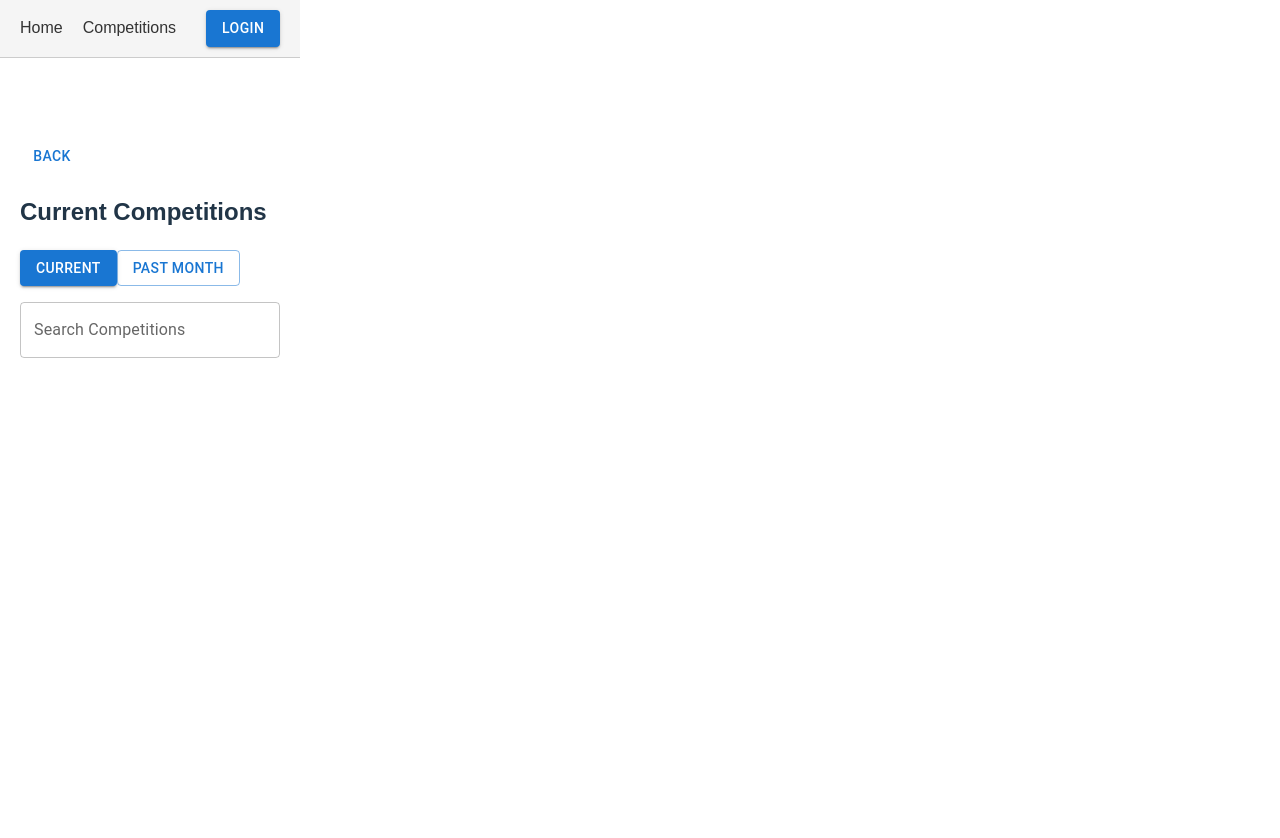
Repository: BWei22/wecube
Page: /competitions
These files come from the project's save history. The page is drawn as it stood at one moment and after the next save; the edit follows.
The browser window is 1280 px wide. The pictures show the whole page.
The page's requests for data from a server got no answer. The project was rebuilt for these pictures with package versions that can differ from the ones it lists, and the page was loaded fresh each time. No one was signed in, and anything a server would have sent is missing. Also part of the build but not shown: vite.config.js, src/pages/Home.css, src/pages/Home.jsx, src/pages/Listings.css, src/pages/Listings.jsx, src/pages/CreateListing.jsx, src/pages/ListingDetails.css, src/pages/ListingDetails.jsx and 11 more.

Above is the page before, as saved 2024-08-02 01:33:08.

### index.html
<!doctype html>
<html lang="en">
  <head>
    <meta charset="UTF-8" />
    <link rel="icon" type="image/svg+xml" href="/vite.svg" />
    <meta name="viewport" content="width=device-width, initial-scale=1.0" />
    <title>WeCube</title>
  </head>
  <body>
    <div id="root"></div>
    <script type="module" src="/src/main.jsx"></script>
  </body>
</html>

### src/App.jsx
import React from 'react';
import { BrowserRouter as Router, Routes, Route } from 'react-router-dom';
import Home from './pages/Home';
import Competitions from './pages/Competitions';
import Listings from './pages/Listings';
import CreateListing from './pages/CreateListing';
import ListingDetails from './pages/ListingDetails';
import InterestedBuyers from './pages/InterestedBuyers';
import Notifications from './pages/Notifications';
import AuthComponent from './components/AuthComponent';
import PrivateRoute from './components/PrivateRoute';
import NavBar from './components/NavBar';
import { ProvideAuth } from './hooks/useAuth';
import Message from './pages/Message';
import Conversations from './pages/Conversations';
import Profile from './pages/Profile';
import './App.css'; // Import the global CSS

const App = () => {
  return (
    <ProvideAuth>
      <Router>
        <NavBar />
        <div className="main-container">
          <Routes>
            <Route path="/" element={<Home />} />
            <Route path="/competitions" element={<Competitions />} />
            <Route path="/listings/:competitionId" element={<Listings />} />
            <Route path="/create-listing/:competitionId" element={<PrivateRoute><CreateListing /></PrivateRoute>} />
            <Route path="/listing/:listingId" element={<ListingDetails />} />
            <Route path="/interested-buyers/:listingId" element={<PrivateRoute><InterestedBuyers /></PrivateRoute>} />
            <Route path="/notifications" element={<PrivateRoute><Notifications /></PrivateRoute>} />
            <Route path="/auth" element={<AuthComponent />} />
            <Route path="/messages/:listingId" element={<PrivateRoute><Message /></PrivateRoute>} />
            <Route path="/conversations" element={<PrivateRoute><Conversations /></PrivateRoute>} />
            <Route path="/profile" element={<PrivateRoute><Profile /></PrivateRoute>} />
          </Routes>
        </div>
      </Router>
    </ProvideAuth>
  );
};

export default App;

### src/pages/Competitions.jsx
import React, { useEffect, useState } from "react";
import { useNavigate } from "react-router-dom";
import Flag from "react-world-flags";
import TextField from "@mui/material/TextField";
import Button from '@mui/material/Button';
import "./Competitions.css"; // Import the CSS file for styling

const Competitions = () => {
  const [competitions, setCompetitions] = useState([]);
  const [searchQuery, setSearchQuery] = useState("");
  const [view, setView] = useState("current"); // 'current' or 'past'
  const navigate = useNavigate();

  useEffect(() => {
    fetch('https://raw.githubusercontent.com/robiningelbrecht/wca-rest-api/master/api/competitions-page-1.json')
      .then(response => response.json())
      .then(data => {
        setCompetitions(data.items);
      })
      .catch(error => console.error('Error fetching competitions:', error));
  }, []);

  const handleCompetitionClick = (competitionId) => {
    navigate(`/listings/${competitionId}`);
  };

  const handleSearchChange = (event) => {
    setSearchQuery(event.target.value);
  };

  const currentDate = new Date();
  const pastMonthDate = new Date();
  pastMonthDate.setMonth(currentDate.getMonth() - 1);

  const filteredCompetitions = competitions.filter(comp => {
    const competitionEndDate = new Date(comp.date.till);
    const competitionStartDate = new Date(comp.date.from);
    const isUpcoming = competitionStartDate >= currentDate;
    const isRightNow = competitionStartDate <= currentDate && competitionEndDate >= currentDate;
    const isPastMonth = competitionEndDate < currentDate && competitionEndDate >= pastMonthDate;

    if (view === "current") {
      return (isUpcoming || isRightNow) && (
        comp.name.toLowerCase().includes(searchQuery.toLowerCase()) ||
        comp.city.toLowerCase().includes(searchQuery.toLowerCase())
      );
    } else if (view === "past") {
      return isPastMonth && (
        comp.name.toLowerCase().includes(searchQuery.toLowerCase()) ||
        comp.city.toLowerCase().includes(searchQuery.toLowerCase())
      );
    }

    return false;
  });

  const sortedCompetitions = filteredCompetitions.sort((a, b) => {
    if (view === "past") {
      return new Date(b.date.till) - new Date(a.date.till);
    } else {
      return new Date(a.date.from) - new Date(b.date.from);
    }
  });

  const handleGoBack = () => {
    navigate("/");
  };

  const formatDateRange = (from, till) => {
    const fromDate = new Date(from);
    const tillDate = new Date(till);
    const options = { year: 'numeric', month: 'short', day: 'numeric' };

    if (fromDate.toDateString() === tillDate.toDateString()) {
      return fromDate.toLocaleDateString(undefined, options);
    } else {
      return `${fromDate.toLocaleDateString(undefined, options)} - ${tillDate.toLocaleDateString(undefined, options)}`;
    }
  };

  return (
    <div className="competitions">
      <Button onClick={handleGoBack}>Back</Button>
      <h2>{view === "current" ? "Current Competitions" : "Past Month Competitions"}</h2>
      <div className="view-toggle">
        <Button
          variant={view === "current" ? "contained" : "outlined"}
          onClick={() => setView("current")}
        >
          Current
        </Button>
        <Button
          variant={view === "past" ? "contained" : "outlined"}
          onClick={() => setView("past")}
        >
          Past Month
        </Button>
      </div>
      <TextField
        label="Search Competitions"
        variant="outlined"
        fullWidth
        margin="normal"
        value={searchQuery}
        onChange={handleSearchChange}
      />
      <ul className="competitions-list">
        {sortedCompetitions.map(comp => (
          <li key={comp.id} className="competition-item" onClick={() => handleCompetitionClick(comp.id)}>
            <div className="competition-flag">
              <Flag code={comp.country} height="24" />
            </div>
            <div className="competition-details">
              <span className="competition-name">{comp.name}</span>
              <span className="competition-date">
                {formatDateRange(comp.date.from, comp.date.till)}
              </span>
            </div>
          </li>
        ))}
      </ul>
    </div>
  );
};

export default Competitions;

### src/components/NavBar.jsx
import React, { useState, useEffect } from 'react';
import { Link, useNavigate } from 'react-router-dom';
import { useAuth } from '../hooks/useAuth'; // Adjust the import path as necessary
import { db } from '../firebaseConfig';
import { collection, query, where, onSnapshot } from 'firebase/firestore';
import Badge from '@mui/material/Badge';
import Button from '@mui/material/Button';
import './NavBar.css';

const NavBar = () => {
  const { user, username, signout } = useAuth();
  const navigate = useNavigate();
  const [newMessages, setNewMessages] = useState(0);

  useEffect(() => {
    if (!user) {
      console.log('No authenticated user found.');
      return;
    }

    const q = query(collection(db, 'messages'), where('recipientId', '==', user.uid), where('isRead', '==', false));
    const unsubscribe = onSnapshot(q, (querySnapshot) => {
      setNewMessages(querySnapshot.size);
    });

    return () => unsubscribe();
  }, [user]);

  const handleLogout = () => {
    signout(() => navigate('/'));
  };

  return (
    <div className="navbar">
      <div className="navbar-left">
        <Link to="/">Home</Link>
        <Link to="/competitions">Competitions</Link>
      </div>
      <div className="navbar-right">
        {user ? (
          <>
            <Badge badgeContent={newMessages} color="error">
              <Link to="/conversations">Conversations</Link>
            </Badge>
            <Link to="/profile">Profile</Link>
            <Button onClick={handleLogout} variant="contained" color="secondary">Logout</Button>
            <span className="navbar-username">{username}</span>
          </>
        ) : (
          <Button onClick={() => navigate('/auth')} variant="contained" color="primary">Login</Button>
        )}
      </div>
    </div>
  );
};

export default NavBar;

### src/hooks/useAuth.jsx
import React, { useState, useEffect, useContext, createContext } from 'react';
import { getAuth, signInWithPopup, GoogleAuthProvider, signOut } from 'firebase/auth';
import { doc, getDoc } from 'firebase/firestore';
import { db } from '../firebaseConfig'; // Adjust the import path as necessary

const authContext = createContext();

export function ProvideAuth({ children }) {
  const auth = useProvideAuth();
  return <authContext.Provider value={auth}>{children}</authContext.Provider>;
}

export const useAuth = () => {
  return useContext(authContext);
};

function useProvideAuth() {
  const [user, setUser] = useState(null);
  const [username, setUsername] = useState('');

  const signinWithGoogle = async () => {
    const auth = getAuth();
    const provider = new GoogleAuthProvider();
    await signInWithPopup(auth, provider);
    setUser(auth.currentUser);

    // Fetch username from Firestore
    const userDocRef = doc(db, 'users', auth.currentUser.uid);
    const userDocSnap = await getDoc(userDocRef);
    if (userDocSnap.exists()) {
      setUsername(userDocSnap.data().username);
    } else {
      setUsername('');
    }
  };

  const signout = async (callback) => {
    const auth = getAuth();
    await signOut(auth);
    setUser(null);
    setUsername('');
    if (callback) callback();
  };

  useEffect(() => {
    const auth = getAuth();
    const unsubscribe = auth.onAuthStateChanged(async (user) => {
      if (user) {
        setUser(user);

        // Fetch username from Firestore
        const userDocRef = doc(db, 'users', user.uid);
        const userDocSnap = await getDoc(userDocRef);
        if (userDocSnap.exists()) {
          setUsername(userDocSnap.data().username);
        } else {
          setUsername('');
        }
      } else {
        setUser(null);
        setUsername('');
      }
    });

    return () => unsubscribe();
  }, []);

  return {
    user,
    username,
    signinWithGoogle,
    signout,
  };
}

### src/App.css
/* src/App.css */

body, html {
  margin: 0;
  padding: 0;
  height: 100%;
  width: 100%;
  font-family: Arial, sans-serif;
}

#root {
  height: 100%;
}

.main-container {
  display: flex;
  flex-direction: column;
  height: 100vh;
  padding-top: 60px; /* Adjust based on navbar height */
}

### src/pages/Competitions.css
/* src/pages/Competitions.css */
.competitions {
    padding: 20px;
    text-align: left;
  }

  .competitions-list {
    list-style: none;
    padding: 0;
    margin: 0;
  }

  .competition-item {
    display: flex;
    align-items: center;
    padding: 10px 0;
    border-bottom: 1px solid #ddd;
    cursor: pointer;
    transition: background-color 0.2s;
  }

  .competition-item:hover {
    background-color: #f9f9f9;
  }

  .competition-flag {
    flex-shrink: 0;
    margin-right: 15px;
  }

  .competition-flag img {
    width: 32px;
    height: 24px;
    border-radius: 2px;
  }

  .competition-details {
    display: flex;
    flex-direction: column;
  }

  .competition-name {
    font-size: 16px;
    font-weight: bold;
    color: #333;
  }

  .competition-date {
    font-size: 14px;
    color: #888;
  }

### src/firebaseConfig.js
// src/firebaseConfig.js
import { initializeApp } from "firebase/app";
import { getFirestore } from "firebase/firestore";
import { getAuth, onAuthStateChanged, GoogleAuthProvider, signInWithPopup } from "firebase/auth";

const firebaseConfig = {
  apiKey: "AIzaSyDYb4aSYo2bUTjyhVYMKNBykxSJtt_21Po",
  authDomain: "wecube-e0d78.firebaseapp.com",
  projectId: "wecube-e0d78",
  storageBucket: "wecube-e0d78.appspot.com",
  messagingSenderId: "412392652109",
  appId: "1:412392652109:web:bc3ad839badcf48e85cb04",
  measurementId: "G-3J43PF4YX8"
};

const app = initializeApp(firebaseConfig);
const db = getFirestore(app);
const auth = getAuth(app);
const provider = new GoogleAuthProvider();

onAuthStateChanged(auth, (user) => {
  if (user) {
    console.log("User is signed in", user);
  } else {
    console.log("No user is signed in");
  }
});

export { db, auth, provider };

### src/components/NavBar.css
/* src/components/NavBar.css */

.navbar {
  display: flex;
  justify-content: space-between;
  align-items: center;
  padding: 10px 20px;
  background-color: #f5f5f5;
  border-bottom: 1px solid #ccc;
}

.navbar-left a,
.navbar-right a {
  margin-right: 20px;
  text-decoration: none;
  color: #333;
}

.navbar-right {
  display: flex;
  align-items: center;
}

.navbar-right .MuiButton-root {
  margin-left: 10px;
}

.navbar-username {
  margin-left: auto;
  font-size: 16px;
  color: #333;
}

Loaded but not shown: src/main.jsx (common file); src/index.css (common file)

After the next save:
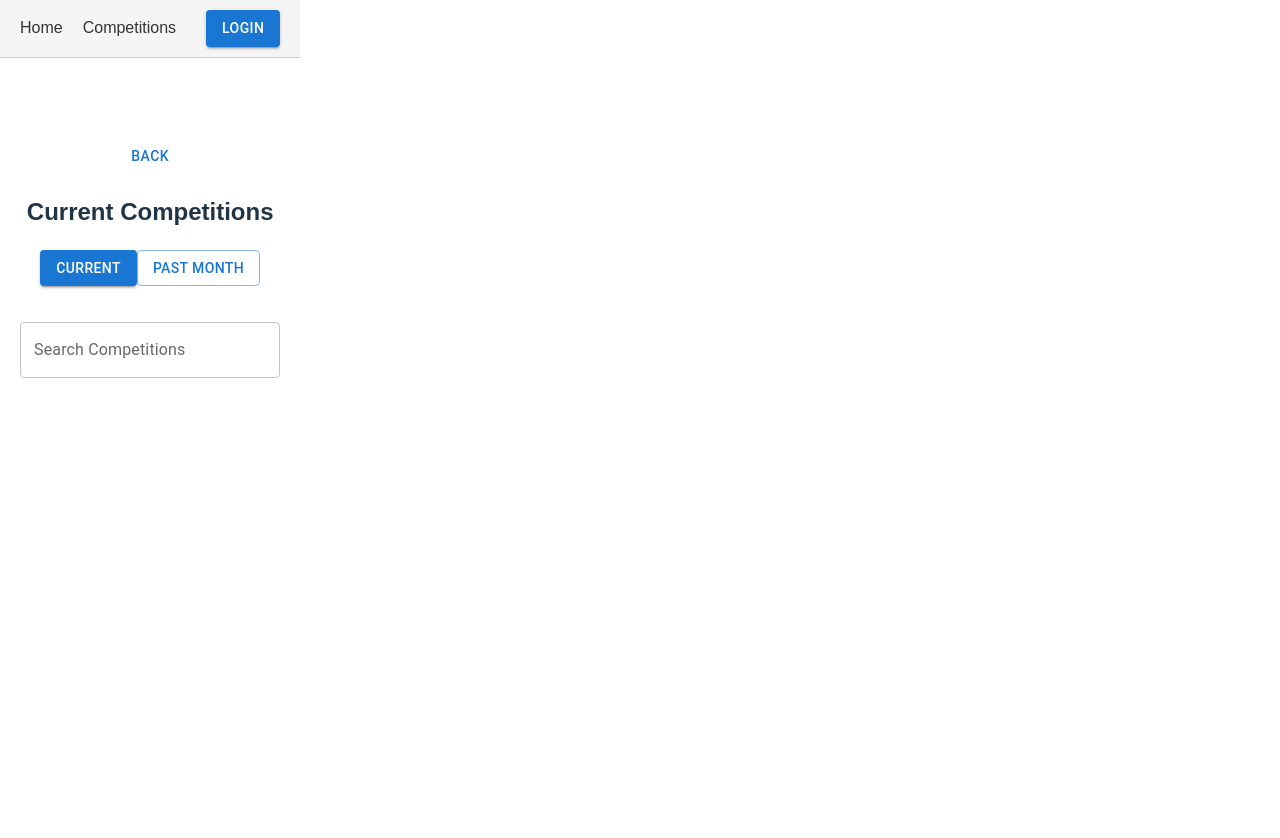
Saved 70 s later.
--- a/src/pages/Competitions.css
+++ b/src/pages/Competitions.css
@@ -1,51 +1,44 @@
-/* src/pages/Competitions.css */
 .competitions {
-    padding: 20px;
-    text-align: left;
-  }
+  text-align: center;
+  padding: 20px;
+}
 
-  .competitions-list {
-    list-style: none;
-    padding: 0;
-    margin: 0;
-  }
+.view-toggle {
+  margin: 20px 0;
+}
 
-  .competition-item {
-    display: flex;
-    align-items: center;
-    padding: 10px 0;
-    border-bottom: 1px solid #ddd;
-    cursor: pointer;
-    transition: background-color 0.2s;
-  }
+.competitions-list {
+  list-style-type: none;
+  padding: 0;
+}
 
-  .competition-item:hover {
-    background-color: #f9f9f9;
-  }
+.competition-item {
+  display: flex;
+  align-items: center;
+  margin: 10px 0;
+  padding: 10px;
+  background-color: #f9f9f9;
+  border-radius: 8px;
+  cursor: pointer;
+  transition: background-color 0.3s ease;
+}
 
-  .competition-flag {
-    flex-shrink: 0;
-    margin-right: 15px;
-  }
+.competition-item:hover {
+  background-color: #e0e0e0;
+}
 
-  .competition-flag img {
-    width: 32px;
-    height: 24px;
-    border-radius: 2px;
-  }
+.competition-flag {
+  margin-right: 15px;
+}
 
-  .competition-details {
-    display: flex;
-    flex-direction: column;
-  }
+.competition-details {
+  text-align: left;
+}
 
-  .competition-name {
-    font-size: 16px;
-    font-weight: bold;
-    color: #333;
-  }
+.competition-name {
+  font-weight: bold;
+}
 
-  .competition-date {
-    font-size: 14px;
-    color: #888;
-  }
+.competition-date {
+  color: #555;
+}

After the save that followed:
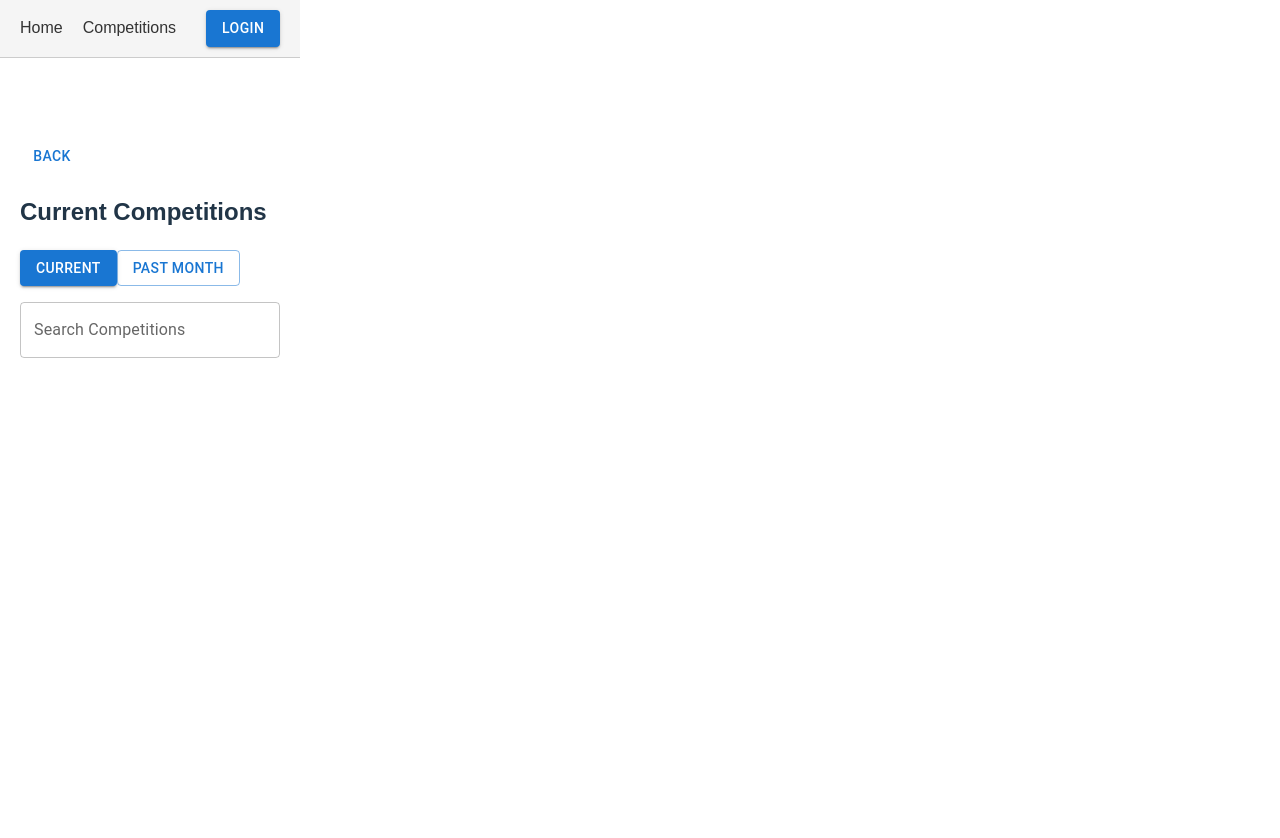
Saved 11 s later.
--- a/src/pages/Competitions.css
+++ b/src/pages/Competitions.css
@@ -1,44 +1,51 @@
+/* src/pages/Competitions.css */
 .competitions {
-  text-align: center;
-  padding: 20px;
-}
+    padding: 20px;
+    text-align: left;
+  }
 
-.view-toggle {
-  margin: 20px 0;
-}
+  .competitions-list {
+    list-style: none;
+    padding: 0;
+    margin: 0;
+  }
 
-.competitions-list {
-  list-style-type: none;
-  padding: 0;
-}
+  .competition-item {
+    display: flex;
+    align-items: center;
+    padding: 10px 0;
+    border-bottom: 1px solid #ddd;
+    cursor: pointer;
+    transition: background-color 0.2s;
+  }
 
-.competition-item {
-  display: flex;
-  align-items: center;
-  margin: 10px 0;
-  padding: 10px;
-  background-color: #f9f9f9;
-  border-radius: 8px;
-  cursor: pointer;
-  transition: background-color 0.3s ease;
-}
+  .competition-item:hover {
+    background-color: #f9f9f9;
+  }
 
-.competition-item:hover {
-  background-color: #e0e0e0;
-}
+  .competition-flag {
+    flex-shrink: 0;
+    margin-right: 15px;
+  }
 
-.competition-flag {
-  margin-right: 15px;
-}
+  .competition-flag img {
+    width: 32px;
+    height: 24px;
+    border-radius: 2px;
+  }
 
-.competition-details {
-  text-align: left;
-}
+  .competition-details {
+    display: flex;
+    flex-direction: column;
+  }
 
-.competition-name {
-  font-weight: bold;
-}
+  .competition-name {
+    font-size: 16px;
+    font-weight: bold;
+    color: #333;
+  }
 
-.competition-date {
-  color: #555;
-}
+  .competition-date {
+    font-size: 14px;
+    color: #888;
+  }
